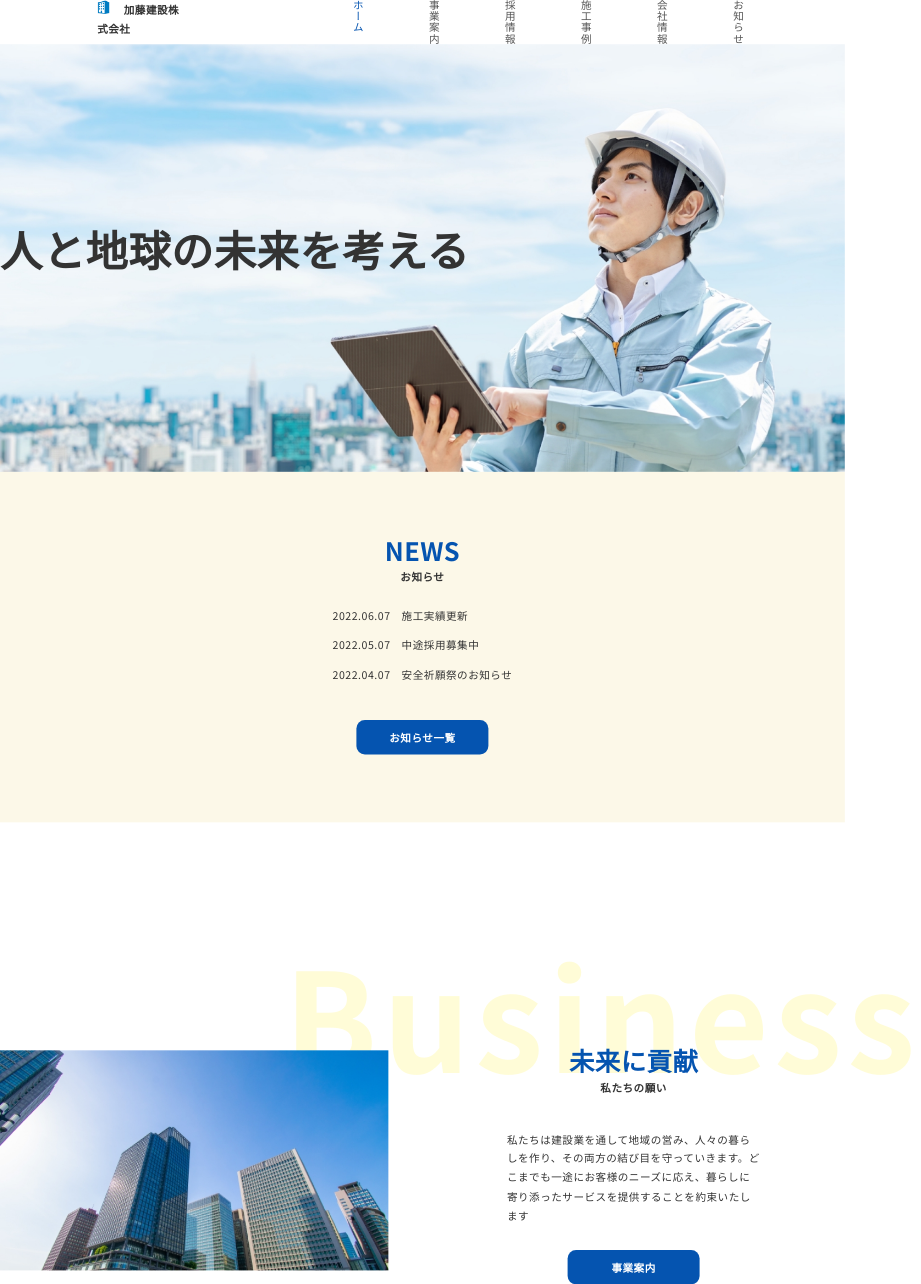
Repository: nozomi-23/hp1_test
Page: index.html
The author's editor kept a copy of each file at every save. The page is drawn from the files as they stood at one save, then again after the next save.
The browser window is 1280 px wide. The page is 1395 px wide, so the pictures cover 1395 px, including what lies to the right of the window. The pictures show the whole page, at 66% of full size.

Above is the page before, as saved 2022-06-12 15:15:22.

After the next save:
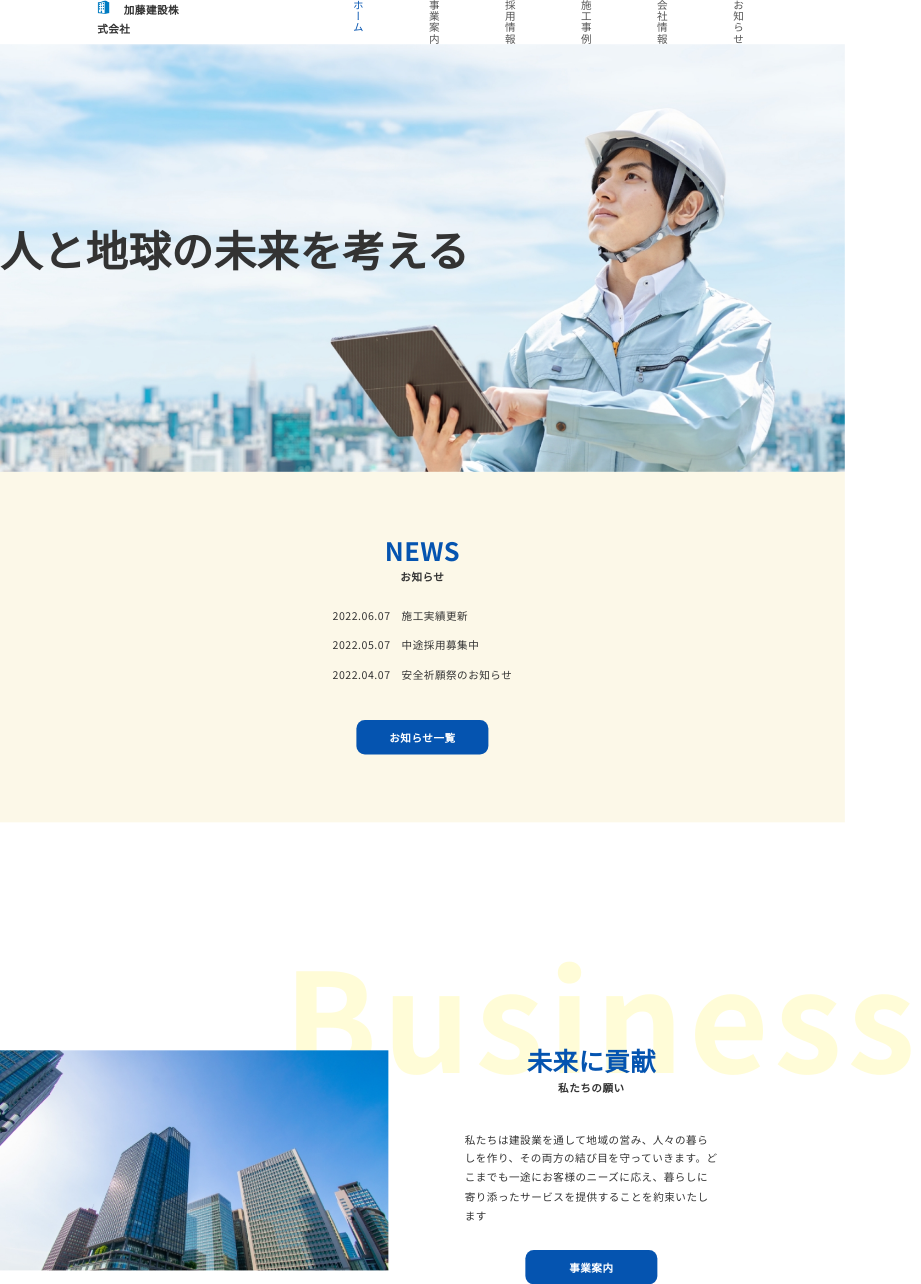
Saved 25 s later.
--- a/css/index.css
+++ b/css/index.css
@@ -101,7 +101,7 @@ business
 }
 .business_block_2 {
   width: 30%;
-  margin-right: 10%;
+  margin-right: 15%;
 }
 
 .business_block_2 p {
